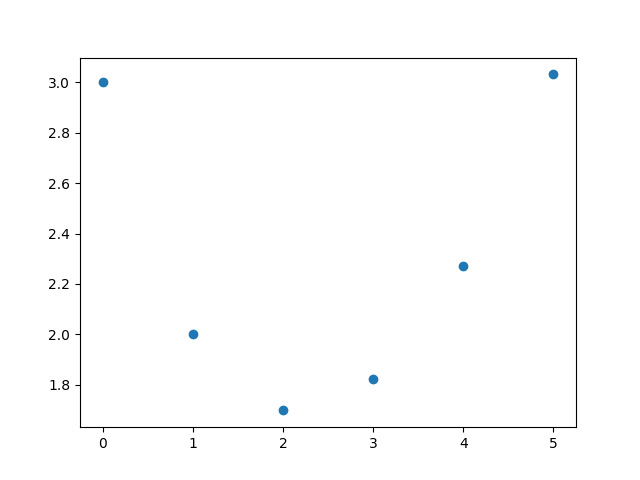
Repository: AyresNishio/Metodos_Numericos_Python
Script's output: python Cap9/Euler.py
An editor plug-in stored every save of this project. The script's output is shown before and after the next save, followed by the edit.
Random numbers start from a fixed seed.

Above is the script's output before, as saved 2021-09-18 13:58:29.

After the next save:
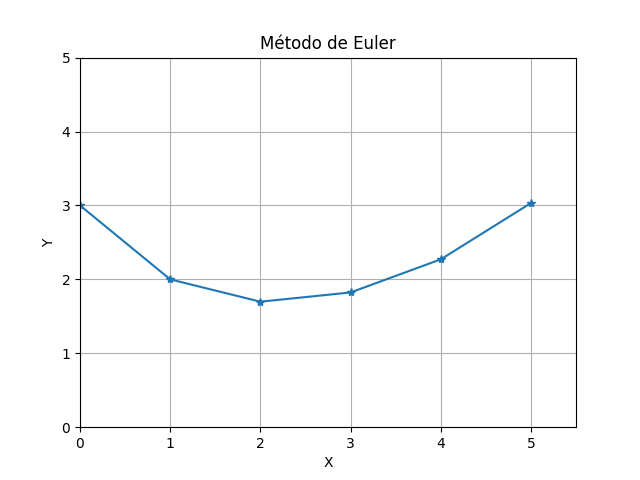
Saved 18 s later.
--- a/Cap9/Euler.py
+++ b/Cap9/Euler.py
@@ -20,7 +20,12 @@ def euler(y0,x0,h,I):
         x.append(x0)
         y.append(y0)
 
-    plt.scatter(x, y)
+    _, ax = plt.subplots()
+    ax.set(xlabel ='X', ylabel ='Y',
+       xlim =(0,5.5), ylim =(0, 5),
+       title ='Método de Euler')
+    ax.grid()
+    plt.plot(x, y, marker = '*')
     plt.show()
     return
 
